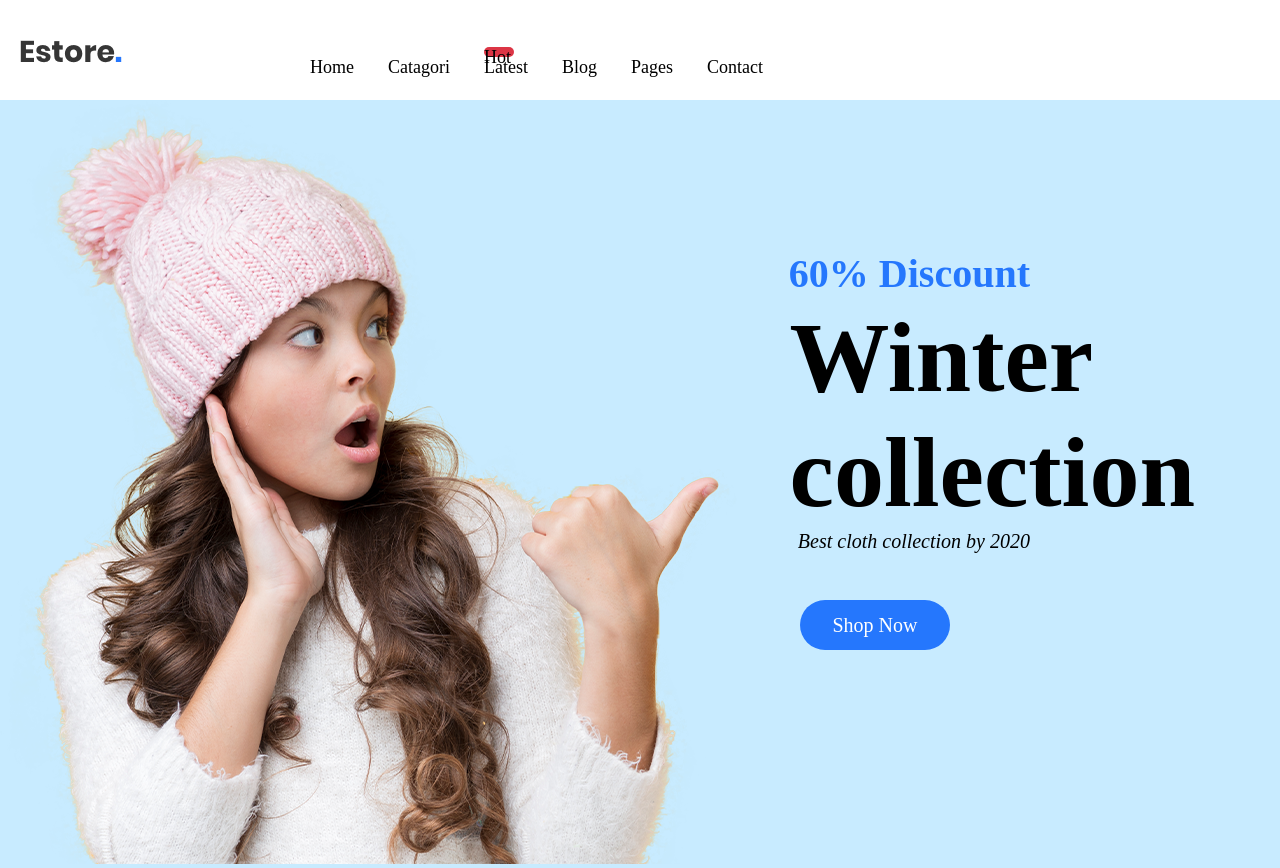
Repository: nhutduy0803/template1
Page: index.html
The author's editor kept a copy of each file at every save. The page is drawn from the files as they stood at one save, then again after the next save.
The browser window is 1280 px wide. The pictures show the whole page.

Above is the page before, as saved 2021-12-02 21:44:53.

After the next save:
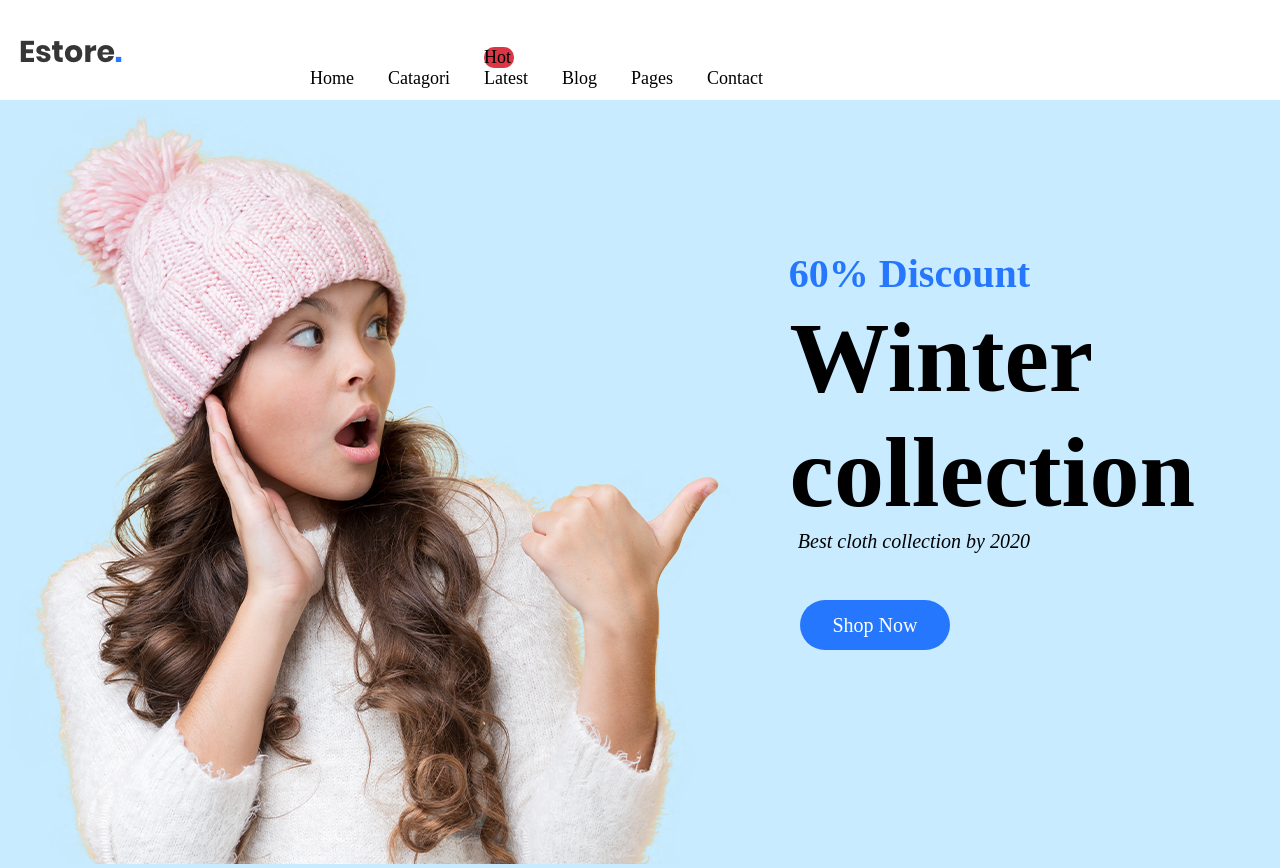
Saved 9 s later.
--- a/assets/css/style.css
+++ b/assets/css/style.css
@@ -107,7 +107,7 @@ html {
   background: #dc3545;
 
   border-radius: 10px;
-  height: 10px;
+  height: auto;
 }
 
 .header ul li {
